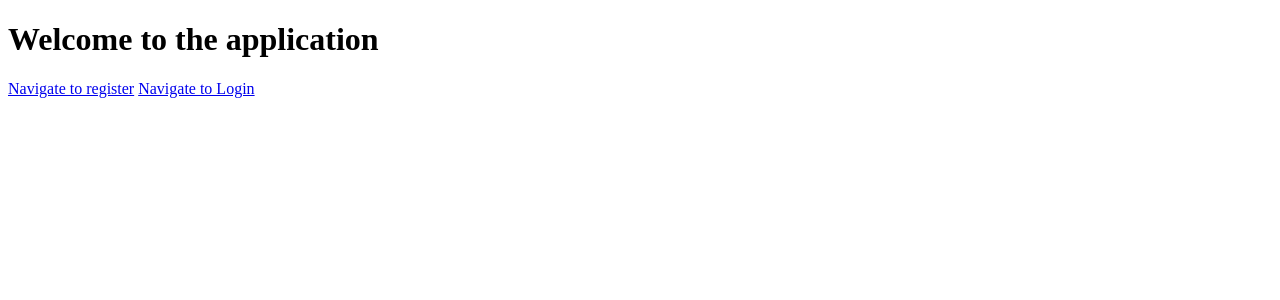
Repository: tarun7781/Testing
Page: MavenLogin/src/main/resources/static/index.html
An editor plug-in stored every save of this project. The page is shown before and after the next save, followed by the edit.
The browser window is 1280 px wide. The pictures show the whole page.

Above is the page before, as saved 2022-10-14 08:03:31.

### MavenLogin/src/main/resources/static/index.html
<!DOCTYPE html>
<html lang="en">
<head>
    <meta charset="UTF-8">
    <title>Welcome Page</title>
</head>
<body>

<h1>Welcome to the application</h1>
<a href="/register">Navigate to register</a>
<a href="/login">Navigate to Login</a>




</body>
</html>

After the next save:
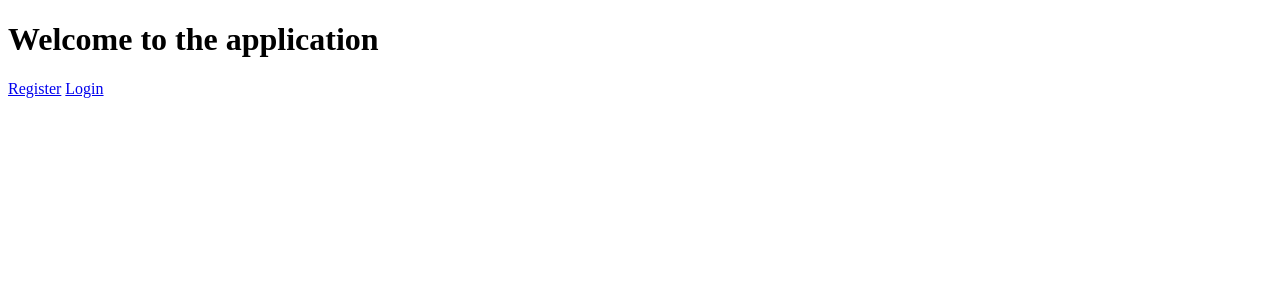
Saved 5 min 50 s later.
--- a/MavenLogin/src/main/resources/static/index.html
+++ b/MavenLogin/src/main/resources/static/index.html
@@ -7,8 +7,8 @@
 <body>
 
 <h1>Welcome to the application</h1>
-<a href="/register">Navigate to register</a>
-<a href="/login">Navigate to Login</a>
+<a href="/register">Register</a>
+<a href="/login">Login</a>
 
 
 
